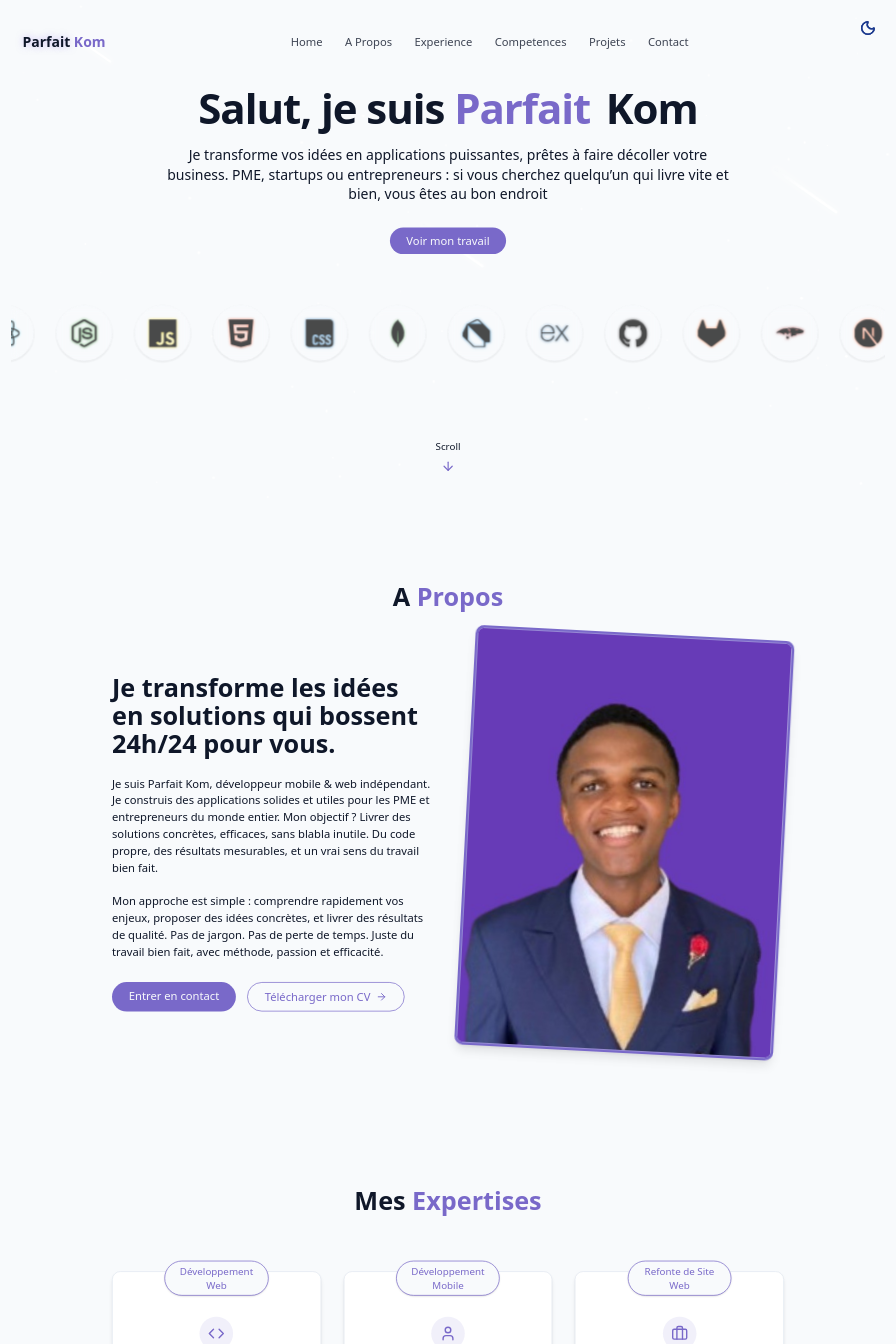
Repository: KOMI18/komi-folio
Page: /
These files come from the project's save history. The page is drawn as it stood at one moment and after the next save; the edit follows.
The browser window is 1280 px wide. The pictures show the part of the page from y = 0 to 1920 px (the page is 6235 px tall), at 70% of full size.
The project was rebuilt for these pictures with package versions that can differ from the ones it lists, and the page was loaded fresh each time. Also part of the build but not shown: vite.config.js, src/pages/NotFound.jsx.

Above is the page before, as saved 2025-06-27 23:31:36.

### index.html
<!doctype html>
<html lang="en">
  <head>
    <meta charset="UTF-8" />
    <link rel="icon" type="image/svg+xml" href="" />
    <meta name="viewport" content="width=device-width, initial-scale=1.0" />
    <title>Parfait Kom</title>
  </head>
  <body>
    <div id="root"></div>
    <script type="module" src="/src/main.jsx"></script>
  </body>
</html>

### src/pages/Home.jsx
import { Navbar } from "../components/Navbar";
import { ThemeToggle } from "../components/ThemeToggle";
import { StarBackground } from "@/components/StarBackground";
import { HeroSection } from "../components/HeroSection";
import { AboutSection } from "../components/AboutSection";
import { SkillsSection } from "../components/SkillsSection";
import { ProjectsSection } from "../components/ProjectsSection";
import { ContactSection } from "../components/ContactSection";
import { Footer } from "../components/Footer";
import {ExperienceSection} from "../components/ExperianceSection"
import { ExpertiseSection } from "../components/ExpertiseSection";
export const Home = () => {
  return (
    <div className="min-h-screen bg-background text-foreground overflow-x-hidden">
      {/* Theme Toggle */}
      <ThemeToggle />
      {/* Background Effects */}
      <StarBackground />

      {/* Navbar */}
      <Navbar />
      {/* Main Content */}
      <main>
        <HeroSection />
        <AboutSection />
        <ExpertiseSection/>
        <ExperienceSection/>
        <SkillsSection />
        <ProjectsSection />
        <ContactSection />
      </main>

      {/* Footer */}
      <Footer />
    </div>
  );
};

### src/components/ui/toaster.jsx
import { useToast } from "@/hooks/use-toast";
import {
  Toast,
  ToastClose,
  ToastDescription,
  ToastProvider,
  ToastTitle,
  ToastViewport,
} from "@/components/ui/toast";

export function Toaster() {
  const { toasts } = useToast();

  return (
    <ToastProvider>
      {toasts.map(function ({ id, title, description, action, ...props }) {
        return (
          <Toast key={id} {...props}>
            <div className="grid gap-1">
              {title && <ToastTitle>{title}</ToastTitle>}
              {description && (
                <ToastDescription>{description}</ToastDescription>
              )}
            </div>
            {action}
            <ToastClose />
          </Toast>
        );
      })}
      <ToastViewport />
    </ToastProvider>
  );
}

### src/components/Navbar.jsx
import { cn } from "@/lib/utils";
import { Menu, X } from "lucide-react";
import { useEffect, useState } from "react";
import { ThemeToggle } from "../components/ThemeToggle";

const navItems = [
  { name: "Home", href: "#hero" },
  { name: "A Propos", href: "#about" },
  { name: "Experience", href: "#experience" },
  { name: "Competences", href: "#skills" },
  { name: "Projets", href: "#projects" },
  { name: "Contact", href: "#contact" },


];

export const Navbar = () => {
  const [isScrolled, setIsScrolled] = useState(false);
  const [isMenuOpen, setIsMenuOpen] = useState(false);

  useEffect(() => {
    const handleScroll = () => {
      setIsScrolled(window.screenY > 10);
    };

    window.addEventListener("scroll", handleScroll);
    return () => window.removeEventListener("scroll", handleScroll);
  }, []);
  return (
    <nav
      className={cn(
        "fixed w-full z-40 transition-all duration-300",
        isScrolled ? "py-3 bg-background/80 backdrop-blur-md shadow-xs" : "py-5"
      )}
    >
      <div className="container flex items-center justify-between">
        <a
          className="text-xl font-bold text-primary flex items-center"
          href="#hero"
        >
          <span className="relative z-10">
            <span className="text-glow text-foreground"> Parfait  </span>{" "}
            Kom
          </span>
        </a>

        {/* desktop nav */}
        <div className="hidden md:flex space-x-8">
          {navItems.map((item, key) => (
            <a
              key={key}
              href={item.href}
              className="text-foreground/80 hover:text-primary transition-colors duration-300"
            >
              {item.name}
            </a>
          ))}
        </div>

        {/* mobile nav */}

        <div className="md:flex py-10 md:justify-end">
          <ThemeToggle />

          <button
            onClick={() => setIsMenuOpen((prev) => !prev)}
            className="md:hidden p-2 text-foreground z-50"
            aria-label={isMenuOpen ? "   Menu" : "Open Menu"}
          >
            {isMenuOpen ? <X size={24} /> : <Menu size={24} />}{" "}
          </button>
        </div>
        <div
          className={cn(
            "fixed inset-0 bg-background/95 backdroup-blur-md z-40 flex flex-col items-center justify-center",
            "transition-all duration-300 md:hidden",
            isMenuOpen
              ? "opacity-100 pointer-events-auto"
              : "opacity-0 pointer-events-none"
          )}
        >
          <div className="flex flex-col space-y-8 text-xl">
            {navItems.map((item, key) => (
              <a
                key={key}
                href={item.href}
                className="text-foreground/80 hover:text-primary transition-colors duration-300"
                onClick={() => setIsMenuOpen(false)}
              >
                {item.name}
              </a>
            ))}
          </div>
        </div>
      </div>
    </nav>
  );
};

### src/components/ThemeToggle.jsx
import { Moon, Sun } from "lucide-react";
import { useEffect, useState } from "react";
import { cn } from "@/lib/utils";

export const ThemeToggle = () => {
  const [isDarkMode, setIsDarkMode] = useState(false);

  useEffect(() => {
    const storedTheme = localStorage.getItem("theme");
    if (storedTheme === "dark") {
      setIsDarkMode(true);
      document.documentElement.classList.add("dark");
    } else {
      localStorage.setItem("theme", "light");
      setIsDarkMode(false);
    }
  }, []);

  const toggleTheme = () => {
    if (isDarkMode) {
      document.documentElement.classList.remove("dark");
      localStorage.setItem("theme", "light");
      setIsDarkMode(false);
    } else {
      document.documentElement.classList.add("dark");
      localStorage.setItem("theme", "dark");
      setIsDarkMode(true);
    }
  };

  return (
    <button
      onClick={toggleTheme}
      className={cn(
        "fixed top-5 right-5 z-30 p-2 rounded-full transition-colors duration-300",
        "focus:outline-none"
      )}
    >
      {isDarkMode ? (
        <Sun className="h-6 w-6 text-yellow-300" />
      ) : (
        <Moon className="h-6 w-6 text-blue-900" />
      )}
    </button>
  );
};

### src/components/StarBackground.jsx
import { useEffect, useState } from "react";

// id, size, x, y, opacity, animationDuration
// id, size, x, y, delay, animationDuration

export const StarBackground = () => {
  const [stars, setStars] = useState([]);
  const [meteors, setMeteors] = useState([]);

  useEffect(() => {
    generateStars();
    generateMeteors();

    const handleResize = () => {
      generateStars();
    };

    window.addEventListener("resize", handleResize);

    return () => window.removeEventListener("resize", handleResize);
  }, []);

  const generateStars = () => {
    const numberOfStars = Math.floor(
      (window.innerWidth * window.innerHeight) / 10000
    );

    const newStars = [];

    for (let i = 0; i < numberOfStars; i++) {
      newStars.push({
        id: i,
        size: Math.random() * 3 + 1,
        x: Math.random() * 100,
        y: Math.random() * 100,
        opacity: Math.random() * 0.5 + 0.5,
        animationDuration: Math.random() * 4 + 2,
      });
    }

    setStars(newStars);
  };

  const generateMeteors = () => {
    const numberOfMeteors = 4;
    const newMeteors = [];

    for (let i = 0; i < numberOfMeteors; i++) {
      newMeteors.push({
        id: i,
        size: Math.random() * 2 + 1,
        x: Math.random() * 100,
        y: Math.random() * 20,
        delay: Math.random() * 15,
        animationDuration: Math.random() * 3 + 3,
      });
    }

    setMeteors(newMeteors);
  };

  return (
    <div className="fixed inset-0 overflow-hidden pointer-events-none z-0">
      {stars.map((star) => (
        <div
          key={star.id}
          className="star animate-pulse-subtle"
          style={{
            width: star.size + "px",
            height: star.size + "px",
            left: star.x + "%",
            top: star.y + "%",
            opacity: star.opacity,
            animationDuration: star.animationDuration + "s",
          }}
        />
      ))}

      {meteors.map((meteor) => (
        <div
          key={meteor.id}
          className="meteor animate-meteor"
          style={{
            width: meteor.size * 50 + "px",
            height: meteor.size * 2 + "px",
            left: meteor.x + "%",
            top: meteor.y + "%",
            animationDelay: meteor.delay,
            animationDuration: meteor.animationDuration + "s",
          }}
        />
      ))}
    </div>
  );
};

### src/components/HeroSection.jsx
import { ArrowDown , Image } from "lucide-react";

export const HeroSection = () => {
  const logos = [
    { src: "/logo/flutter.svg", alt: "Flutter", color: "#02569B" },
    { src: "/logo/react.svg", alt: "React", color: "#61DAFB" },
    { src: "/logo/nodedotjs.svg", alt: "Node.js", color: "#339933" },
    { src: "/logo/javascript.svg", alt: "JavaScript", color: "#F7DF1E" },
    { src: "/logo/html5.svg", alt: "HTML5", color: "#E34F26" },
    { src: "/logo/css.svg", alt: "CSS3", color: "#1572B6" },
    { src: "/logo/mongodb.svg", alt: "MongoDB", color: "#47A248" },
    { src: "/logo/dart.svg", alt: "Dart", color: "#0175C2" },
    { src: "/logo/express.svg", alt: "Express", color: "#02569B" },
    { src: "/logo/github.svg", alt: "GitHub", color: "#181717" },
    { src: "/logo/gitlab.svg", alt: "GitLab", color: "#FC6D26" },
    { src: "/logo/mongoose.svg", alt: "Mongoose", color: "#800000" },
    { src: "/logo/nextdotjs.svg", alt: "Next.js", color: "#FF6C37" },
    { src: "/logo/notion.svg", alt: "Notion", color: "#000000" },
    { src: "/logo/postman.svg", alt: "Postman", color: "#FF6C37" },
    { src: "/logo/tailwindcss.svg", alt: "Tailwind", color: "#06B6D4" },
  ];
  return (
    <section
      id="hero"
      className="relative min-h-screen flex flex-col items-center justify-center px-4"
    >
      <div className="container max-w-4xl mx-auto text-center z-10">
        <div className="space-y-6">
          <h1 className="text-4xl md:text-6xl font-bold tracking-tight">
            <span className="opacity-0 animate-fade-in">Salut, je suis</span>
            <span className="text-primary opacity-0 animate-fade-in-delay-1">
              {" "}
              Parfait
            </span>
            <span className="text-gradient ml-2 opacity-0 animate-fade-in-delay-2">
              {" "}
              Kom
            </span>
          </h1>

          <p className="text-lg md:text-xl text-muted-foreground max-2-2xl mx-auto opacity-0 animate-fade-in-delay-3">
          Je transforme vos idées en applications  puissantes, prêtes à faire décoller votre business.
          PME, startups ou entrepreneurs : si vous cherchez quelqu’un qui livre vite et bien, vous êtes au bon endroit
          </p>

          <div className="pt-4 opacity-0 animate-fade-in-delay-4">
            <a href="#projects" className="cosmic-button">
             Voir mon travail
            </a>
          </div>
        </div>
      </div>
      <div className="overflow-hidden py-20 w-full relative">
      <div className="flex whitespace-nowrap animate-carousel">
      {[...logos, ...logos, ...logos].map((logo, index) => (
        <div
        key={index}
        className="w-20 h-20 flex items-center justify-center flex-shrink-0 mx-4 bg-white/10 dark:bg-white/5 backdrop-blur-sm rounded-full shadow-sm"
        style={{ color: logo.color }}
      >
        <img
          src={logo.src}
          alt={logo.alt}
          width={40}
          height={40}
          style={{ filter: `drop-shadow(0 0 2px ${logo.color})` }}
          className="opacity-70 hover:opacity-100 transition"
        />
      </div>

        ))}

      </div>
    </div>
      <div className="absolute bottom-8 left-1/2 transform -translate-x-1/2 flex flex-col items-center animate-bounce">
        <span className="text-sm text-muted-foreground mb-2"> Scroll </span>
        <ArrowDown className="h-5 w-5 text-primary" />
      </div>
    </section>
  );

};

### src/components/AboutSection.jsx

import { ArrowRight , Image} from "lucide-react";

export const AboutSection = () => {
  return (
    <section id="about" className="py-24 px-4 bg-background">
       <h2 className="text-3xl md:text-4xl font-bold mb-4 py-4 text-center">
          {" "}
          A <span className="text-primary">Propos</span>
        </h2>
      <div className="container mx-auto max-w-5xl grid grid-cols-1 md:grid-cols-2  gap-12 items-center">
        {/* Image */}
        <div className="order-first md:order-last flex justify-center md:justify-start">
          <div className="w-40 h-40 sm:w-80 sm:h-80 md:w-[500px] md:h-[500px] lg:w-[600px] lg:h-[600px] relative transform rotate-3 rounded-xl overflow-hidden border-4 border-primary shadow-lg transition-transform duration-500 hover:scale-105">
            <img
              src="/projects/parfaitkom.jpeg"
              alt="Parfait Kom"
              className="w-full h-full object-cover"
              width={500}
              height={500}
            />
          </div>
        </div>
        {/* Content */}
        <div className="space-y-6">
          <h2 className="text-3xl md:text-4xl font-bold text-left  md:text-left">
            Je transforme les idées en solutions qui bossent 24h/24 pour vous.
          </h2>

          <p className="text-muted-foreground text-left md:text-left">
            Je suis Parfait Kom, développeur mobile & web indépendant. Je construis des applications solides et utiles pour les PME et entrepreneurs du monde entier. Mon objectif ? Livrer des solutions concrètes, efficaces, sans blabla inutile. Du code propre, des résultats mesurables, et un vrai sens du travail bien fait.
          </p>

          <p className="text-muted-foreground text-left md:text-left">
            Mon approche est simple : comprendre rapidement vos enjeux, proposer des idées concrètes, et livrer des résultats de qualité. Pas de jargon. Pas de perte de temps. Juste du travail bien fait, avec méthode, passion et efficacité.
          </p>

          <div className="flex flex-col sm:flex-row gap-4 pt-2">
            <a href="#contact" className="cosmic-button">
              Entrer en contact
            </a>

            <a
              href="/docs/parfait_kom_cv.pdf"
              download
              className="px-6 py-2 rounded-full border border-primary text-primary hover:bg-primary/10 transition-colors duration-300 flex items-center gap-2"
            >
              Télécharger mon CV <ArrowRight className="w-4 h-4" />
            </a>
          </div>
        </div>
      </div>
    </section>
  );
};

export default AboutSection;

### src/components/SkillsSection.jsx
import { useState } from "react";
import { cn } from "@/lib/utils";

const skills = [
  // Frontend
  { name: "Flutter / Dart", level: 70, category: "frontend" },
  { name: "JavaScript", level: 60, category: "frontend" },
  { name: "React", level: 80, category: "frontend" },
  { name: "Tailwind CSS", level: 90, category: "frontend" },


  // Backend
  { name: "Node.js", level: 80, category: "backend" },
  { name: "Express", level: 75, category: "backend" },
  { name: "MongoDB", level: 70, category: "backend" },

  // Tools
  { name: "Git/GitHub", level: 80, category: "tools" },
  { name: "Postman", level: 80, category: "tools" },
];

const categories = ["Tout", "frontend", "backend", "tools"];

export const SkillsSection = () => {
  const [activeCategory, setActiveCategory] = useState("Tout");

  const filteredSkills = skills.filter(
    (skill) => activeCategory === "Tout" || skill.category === activeCategory
  );
  return (
    <section id="skills" className="py-24 px-4 relative bg-secondary/30">
      <div className="container mx-auto max-w-5xl">
        <h2 className="text-3xl md:text-4xl font-bold mb-12 text-center">
        Mes  <span className="text-primary"> compétences</span>
        </h2>

        <div className="flex flex-wrap justify-center gap-4 mb-12">
          {categories.map((category, key) => (
            <button
              key={key}
              onClick={() => setActiveCategory(category)}
              className={cn(
                "px-5 py-2 rounded-full transition-colors duration-300 capitalize",
                activeCategory === category
                  ? "bg-primary text-primary-foreground"
                  : "bg-secondary/70 text-forefround hover:bd-secondary"
              )}
            >
              {category}
            </button>
          ))}
        </div>

        <div className="grid grid-cols-1 sm:grid-cols-2 lg:grid-cols-3 gap-6">
          {filteredSkills.map((skill, key) => (
            <div
              key={key}
              className="bg-card p-6 rounded-lg shadow-xs card-hover"
            >
              <div className="text-left mb-4">
                <h3 className="font-semibold text-lg"> {skill.name}</h3>
              </div>
              <div className="w-full bg-secondary/50 h-2 rounded-full overflow-hidden">
                <div
                  className="bg-primary h-2 rounded-full origin-left animate-[grow_1.5s_ease-out]"
                  style={{ width: skill.level + "%" }}
                />
              </div>

              <div className="text-right mt-1">
                <span className="text-sm text-muted-foreground">
                  {skill.level}%
                </span>
              </div>
            </div>
          ))}
        </div>
      </div>
    </section>
  );
};

### src/components/Footer.jsx
import { ArrowUp } from "lucide-react";

export const Footer = () => {
  return (
    <footer className="py-12 px-4 bg-card relative border-t border-border mt-12 pt-8 flex flex-wrap justify-between items-center">
      {" "}
      <p className="text-sm text-muted-foreground">
        {" "}
        &copy; {new Date().getFullYear()} Parfait Kom . All rights reserved.
      </p>
      <a
        href="#hero"
        className="p-2 rounded-full bg-primary/10 hover:bg-primary/20 text-primary transition-colors"
      >
        <ArrowUp size={20} />
      </a>
    </footer>
  );
};

### src/components/ExpertiseSection.jsx
import { useEffect } from "react";
import { Code, User, Briefcase } from "lucide-react";

export const ExpertiseSection = () => {
  const services = [
    {
      icon: <Code className="h-6 w-6 text-primary" />,
      title: "Développement Web",
      description:
        "Des sites solides, rapides, pensés pour convaincre et performer. Rien n'est laissé au hasard."
    },
    {
      icon: <User className="h-6 w-6 text-primary" />,
      title: "Développement Mobile",
      description:
        "Des applications mobiles modernes, stables et fluides. Pensées pour vos utilisateurs, conçues pour durer."
    },
    {
      icon: <Briefcase className="h-6 w-6 text-primary" />,
      title: "Refonte de Site Web",
      description:
        "Un site obsolète, c’est un frein. Je repense, restructure et redonne vie à votre présence en ligne."
    }
  ];

  useEffect(() => {
    const observer = new IntersectionObserver(
      (entries) => {
        entries.forEach((entry) => {
          if (entry.isIntersecting) {
            entry.target.classList.add("animate-fade-in-up");
            observer.unobserve(entry.target);
          }
        });
      },
      { threshold: 0.2 }
    );

    const cards = document.querySelectorAll(".expertise-card");
    cards.forEach((card) => observer.observe(card));

    return () => observer.disconnect();
  }, []);

  return (
    <section id="expertise" className="py-24 px-4 bg-background">
      <div className="container max-w-5xl mx-auto text-center">
        <h2 className="text-3xl md:text-4xl font-bold mb-16">
          Mes <span className="text-primary">Expertises</span>
        </h2>

        <div className="grid grid-cols-1 md:grid-cols-3 gap-8 items-end">
          {services.map((service, index) => (
            <div
              key={index}
              className="expertise-card opacity-0 transition-opacity duration-700 ease-out translate-y-4 relative z-10 bg-card border border-border rounded-xl p-6 shadow-md hover:shadow-lg flex flex-col justify-between"
            >
              <div>
                <div className="absolute -top-4 left-1/2 -translate-x-1/2 bg-background px-3 py-1 rounded-full border border-primary text-primary text-sm font-medium shadow">
                  {service.title}
                </div>
                <div className="flex flex-col items-center pt-10 space-y-4">
                  <div className="p-3 rounded-full bg-primary/10">{service.icon}</div>
                  <p className="text-muted-foreground text-sm text-center">
                    {service.description}
                  </p>
                </div>
              </div>
              {index < services.length  && (
                <svg
                  viewBox="0 0 100 50"
                  preserveAspectRatio="none"
                  className="w-full h-8 mt-4"
                >
                  <path
                    d="M0 0 C 50 50, 50 50, 100 0"
                    stroke="#6366f1"
                    strokeWidth="2"
                    fill="none"
                    strokeDasharray="6 4"
                  />
                </svg>
              )}
            </div>
          ))}
        </div>
      </div>
    </section>
  );
};

Loaded but not shown: src/main.jsx (common file); src/App.jsx (common file); src/lib/utils.js (common file); src/hooks/use-toast.js (144 lines, source omitted); src/components/ContactSection.jsx (186 lines, source omitted); src/components/ProjectsSection.jsx (134 lines, source omitted); src/components/ExperianceSection.jsx (117 lines, source omitted); src/components/ui/toast.jsx (102 lines, source omitted); src/index.css (183 lines, source omitted)

After the next save:
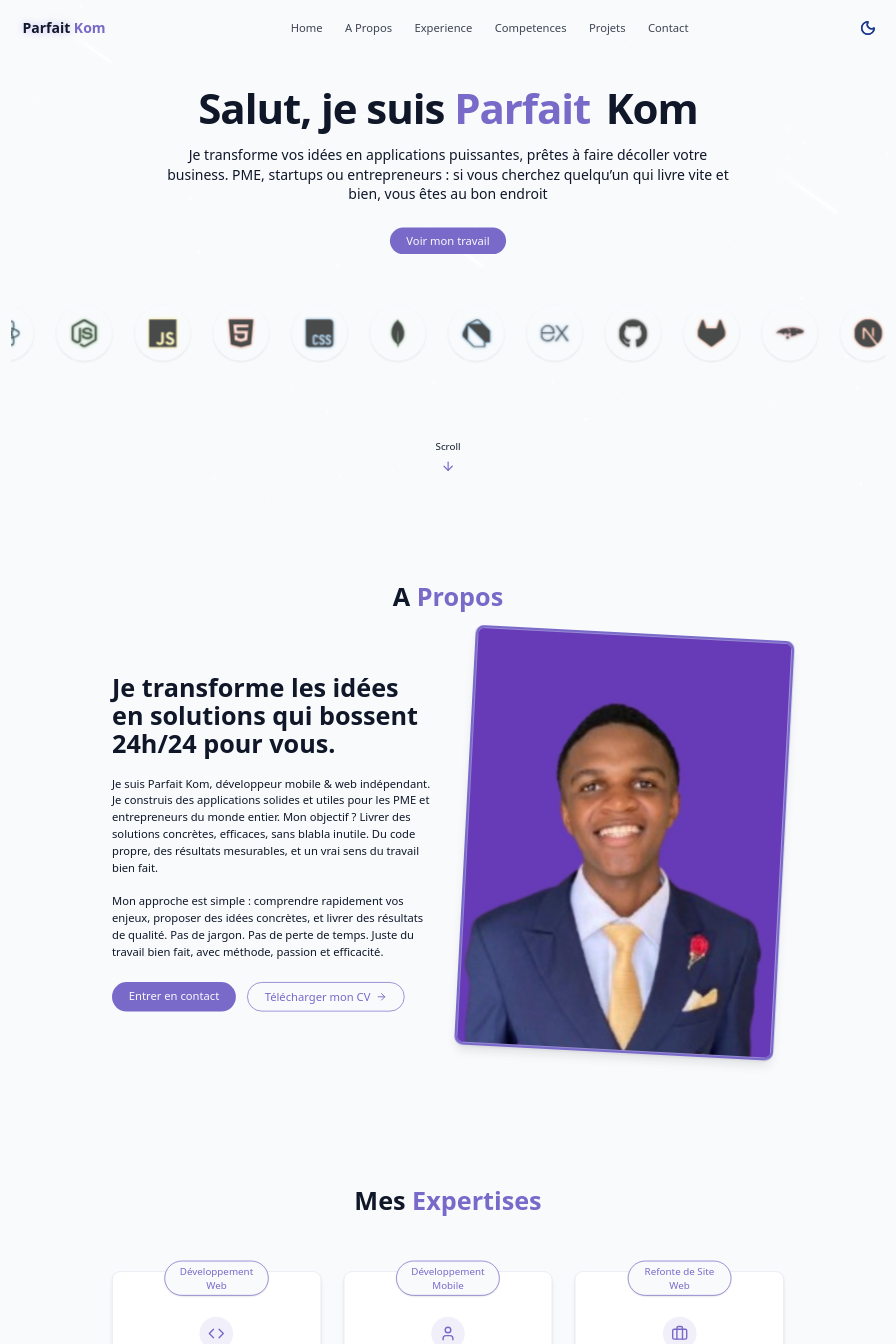
Saved 9 s later.
--- a/src/components/Navbar.jsx
+++ b/src/components/Navbar.jsx
@@ -59,7 +59,7 @@ export const Navbar = () => {
 
         {/* mobile nav */}
 
-        <div className="md:flex py-10 md:justify-end">
+        <div className="md:flex py-5 md:justify-end">
           <ThemeToggle />
 
           <button
